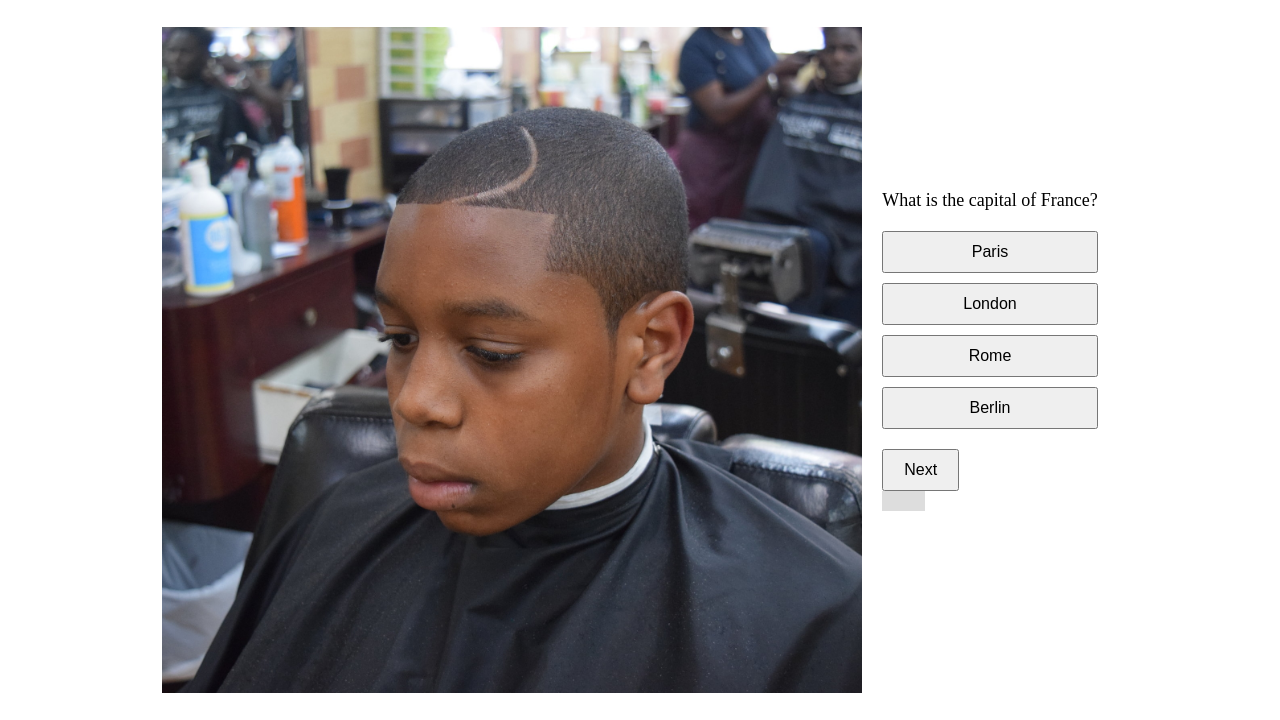
Repository: anderscederberg11/unhandledRuntimeError.json
Page: Henver/henver2.html
These files come from the project's save history. The page is drawn as it stood at one moment and after the next save; the edit follows.
The browser window is 1280 px wide. The pictures show the whole page.

Above is the page before, as saved 2024-05-24 18:26:33.

### Henver/henver2.html
<!DOCTYPE html>
<html lang="en">
<head>
    <meta charset="UTF-8">
    <meta name="viewport" content="width=device-width, initial-scale=1.0">
    <title>HaircutHenver</title>
    <link rel="stylesheet" href="henver2.css">
</head>
<body>
    <div class="haircutVro">
        <img class="haircutPic" src="/Henver/imgs/haircutbro.jpeg" alt="kid in barber chair">
    </div>
    <div class="quiz-container">
        <div id="question"></div>
        <div id="options"></div>
        <button id="next-btn" onclick="nextQuestion()">Next</button>
        <div id="progress"></div>
        <button id="play-sound-btn" style="display: none;" onclick="playSound()">Play Sound</button>
        <button id="redirect-btn" style="display: none;" onclick="redirect()">Redirect</button>
    </div>

    <script>
        const questions = [
            {
                question: "What is the capital of France?",
                options: ["Paris", "London", "Rome", "Berlin"],
                answer: "Paris"
            },
            {
                question: "Which planet is known as the Red Planet?",
                options: ["Jupiter", "Mars", "Saturn", "Neptune"],
                answer: "Mars"
            },
            {
                question: "What is the powerhouse of the cell?",
                options: ["Mitochondria", "Nucleus", "Ribosome", "Endoplasmic reticulum"],
                answer: "Mitochondria"
            },
            {
                question: "What is the chemical symbol for water?",
                options: ["H2O", "CO2", "O2", "NaCl"],
                answer: "H2O"
            },
            {
                question: "Who wrote 'To Kill a Mockingbird'?",
                options: ["Harper Lee", "Mark Twain", "J.K. Rowling", "Ernest Hemingway"],
                answer: "Harper Lee"
            }
        ];

        let currentQuestion = 0;
        const progress = document.getElementById("progress");
        const questionDiv = document.getElementById("question");
        const optionsDiv = document.getElementById("options");

        function loadQuestion() {
            const q = questions[currentQuestion];
            questionDiv.textContent = q.question;
            optionsDiv.innerHTML = "";
            q.options.forEach((opt) => {
                const btn = document.createElement("button");
                btn.textContent = opt;
                btn.onclick = () => checkAnswer(opt);
                optionsDiv.appendChild(btn);
            });
            updateProgress();
        }

        function checkAnswer(selectedOption) {
            if (selectedOption === questions[currentQuestion].answer) {
                if (currentQuestion === questions.length - 1) {
                    document.getElementById("play-sound-btn").style.display = "inline-block";
                    document.getElementById("redirect-btn").style.display = "inline-block";
                }
                currentQuestion++;
                loadQuestion();
            }
        }

        function nextQuestion() {
            if (currentQuestion < questions.length - 1) {
                currentQuestion++;
                loadQuestion();
            }
        }

        function updateProgress() {
            const percent = ((currentQuestion + 1) / questions.length) * 100;
            progress.style.width = percent + "%";
        }

        function playSound() {
            // Add code to play sound here
            alert("Sound will be played here.");
        }

        function redirect() {
            // Add code to redirect to another page here
            alert("Redirecting to another page...");
        }

        loadQuestion();
    </script>
</body>
</html>

### Henver/henver2.css
body, html {
    height: 100%;
    margin: 0;
    display: flex;
    align-items: center;
    justify-content: center;
}

.haircutVro {
    display: flex;
    align-items: center;
    justify-content: center;
    width: 700px;
    height: 700px;
}

.haircutPic {
    max-width: 100%;
    max-height: 100%;
}

.quiz-container {
    max-width: 600px;
    margin: 0 auto;
    padding: 20px;
}

#question {
    font-size: 18px;
    margin-bottom: 20px;
}

#options button {
    display: block;
    width: 100%;
    padding: 10px;
    margin-bottom: 10px;
    font-size: 16px;
    cursor: pointer;
}

#next-btn {
    display: block;
    margin-top: 20px;
    padding: 10px 20px;
    font-size: 16px;
    cursor: pointer;
}

#progress {
    background-color: #ddd;
    height: 20px;
    margin-bottom: 20px;
}

#progress::after {
    content: "";
    display: block;
    background-color: #4CAF50;
    height: 100%;
    width: 0;
}

#play-sound-btn, #redirect-btn {
    display: none;
    margin-top: 20px;
    padding: 10px 20px;
    font-size: 16px;
    cursor: pointer;
}

#play-sound-btn {
    background-color: #4CAF50;
    color: white;
    border: none;
}

#redirect-btn {
    background-color: #f44336;
    color: white;
    border: none;
}

After the next save:
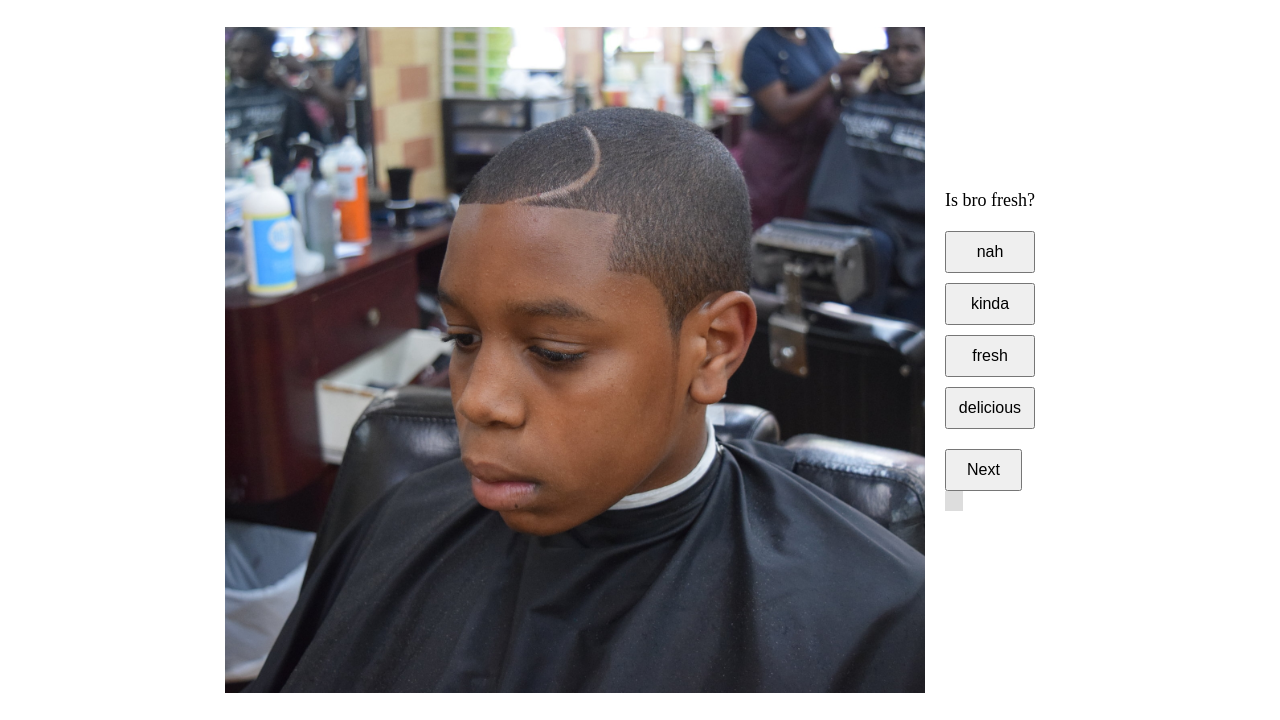
Saved 5 min 7 s later.
--- a/Henver/henver2.html
+++ b/Henver/henver2.html
@@ -15,36 +15,36 @@
         <div id="options"></div>
         <button id="next-btn" onclick="nextQuestion()">Next</button>
         <div id="progress"></div>
-        <button id="play-sound-btn" style="display: none;" onclick="playSound()">Play Sound</button>
-        <button id="redirect-btn" style="display: none;" onclick="redirect()">Redirect</button>
+        <button id="play-sound-btn" style="display: none;" onclick="playSound()">Spray</button>
+        <button id="redirect-btn" style="display: none;" onclick="redirect()">Continue Experience</button>
     </div>
 
     <script>
         const questions = [
             {
-                question: "What is the capital of France?",
-                options: ["Paris", "London", "Rome", "Berlin"],
-                answer: "Paris"
+                question: "Is bro fresh?",
+                options: ["nah", "kinda", "fresh", "delicious"],
+                answer: "fresh"
             },
             {
-                question: "Which planet is known as the Red Planet?",
-                options: ["Jupiter", "Mars", "Saturn", "Neptune"],
-                answer: "Mars"
+                question: "Is this Kai Cenat?",
+                options: ["nah", "yes", "fanum", "who?"],
+                answer: "nah"
             },
             {
-                question: "What is the powerhouse of the cell?",
-                options: ["Mitochondria", "Nucleus", "Ribosome", "Endoplasmic reticulum"],
-                answer: "Mitochondria"
+                question: "He pulls all the girls with his ___ ?",
+                options: ["Swagger", "Game", "Rizz"],
+                answer: "Rizz"
             },
             {
-                question: "What is the chemical symbol for water?",
-                options: ["H2O", "CO2", "O2", "NaCl"],
-                answer: "H2O"
+                question: "What is good tongue posture called??",
+                options: ["lofting", "gleeking", "mewing", "NaCl"],
+                answer: "mewing"
             },
             {
-                question: "Who wrote 'To Kill a Mockingbird'?",
-                options: ["Harper Lee", "Mark Twain", "J.K. Rowling", "Ernest Hemingway"],
-                answer: "Harper Lee"
+                question: "Should we spray bro down?",
+                options: ["yes", "no"],
+                answer: "yes"
             }
         ];
 
@@ -90,12 +90,10 @@
         }
 
         function playSound() {
-            // Add code to play sound here
             alert("Sound will be played here.");
         }
 
         function redirect() {
-            // Add code to redirect to another page here
             alert("Redirecting to another page...");
         }
 
